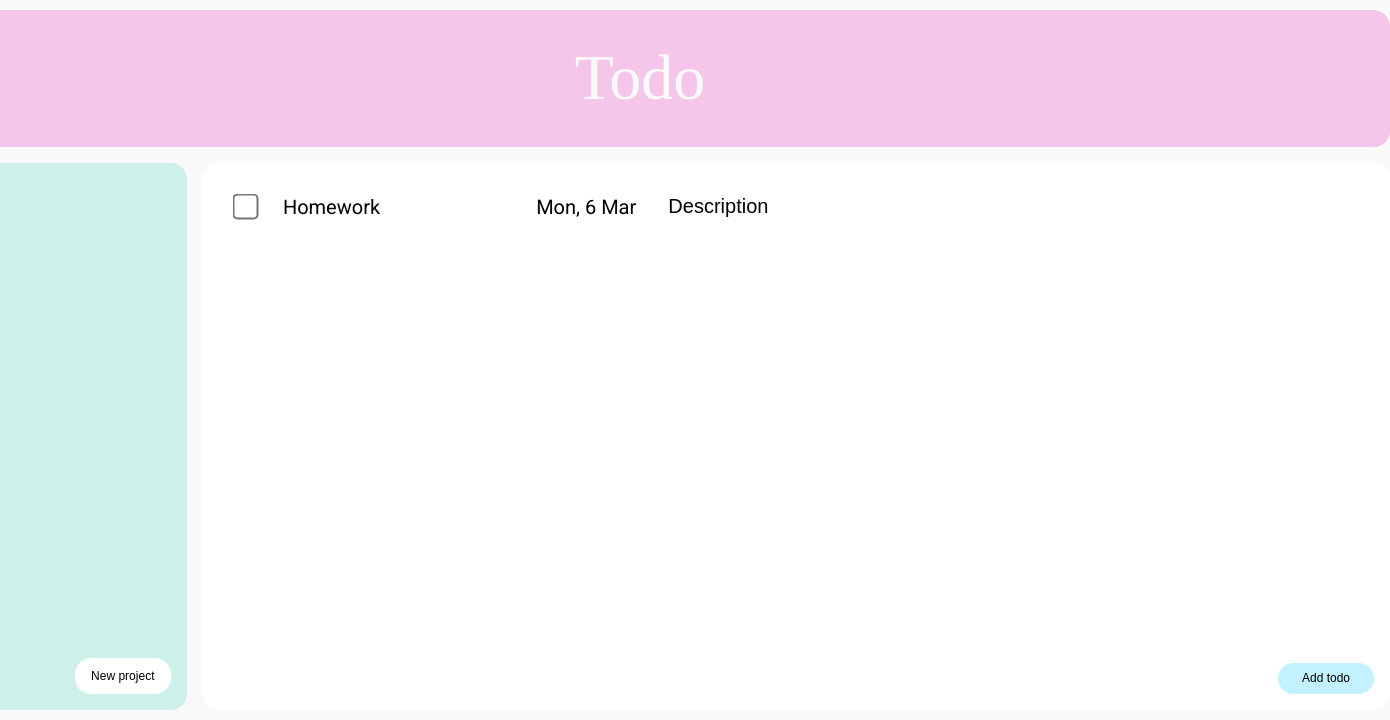
Repository: yeetzpxoci/todo-list
Page: dist/index.html
These files come from the project's save history. The page is drawn as it stood at one moment and after the next save; the edit follows.
The browser window is 1280 px wide. The page is 1390 px wide, so the pictures cover 1390 px, including what lies to the right of the window. The pictures show the whole page.
Some web fonts or font styles are not loaded; a fallback is used.

Above is the page before, as saved 2023-03-07 20:41:57.
Console error: ReferenceError: projectNameSubmit is not defined

After the next save:
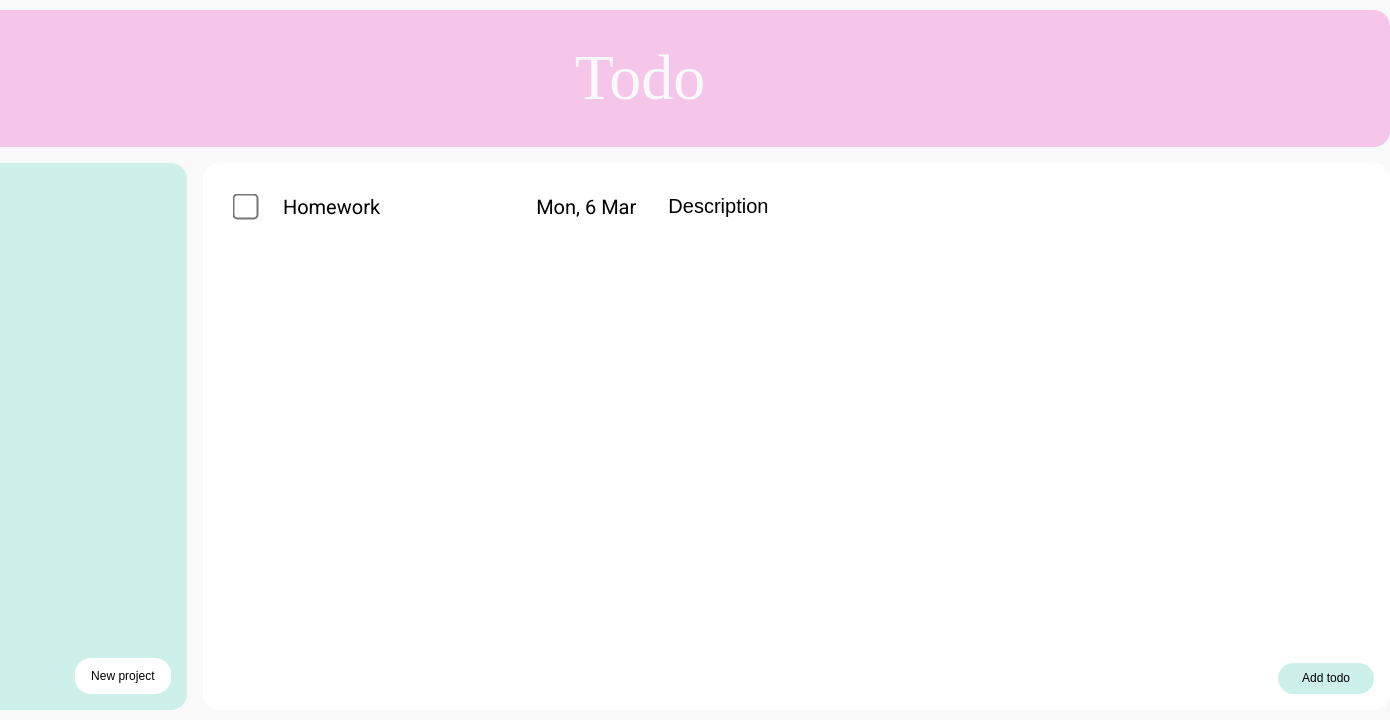
Saved 15 s later.
--- a/dist/styles.css
+++ b/dist/styles.css
@@ -90,7 +90,7 @@ p {
     margin-top: auto;
     margin-bottom: 16px;
     margin-right: 16px;
-    background-color: #c3f1ff;
+    background-color: #CDF0EA;
     cursor: pointer;
 }
 
